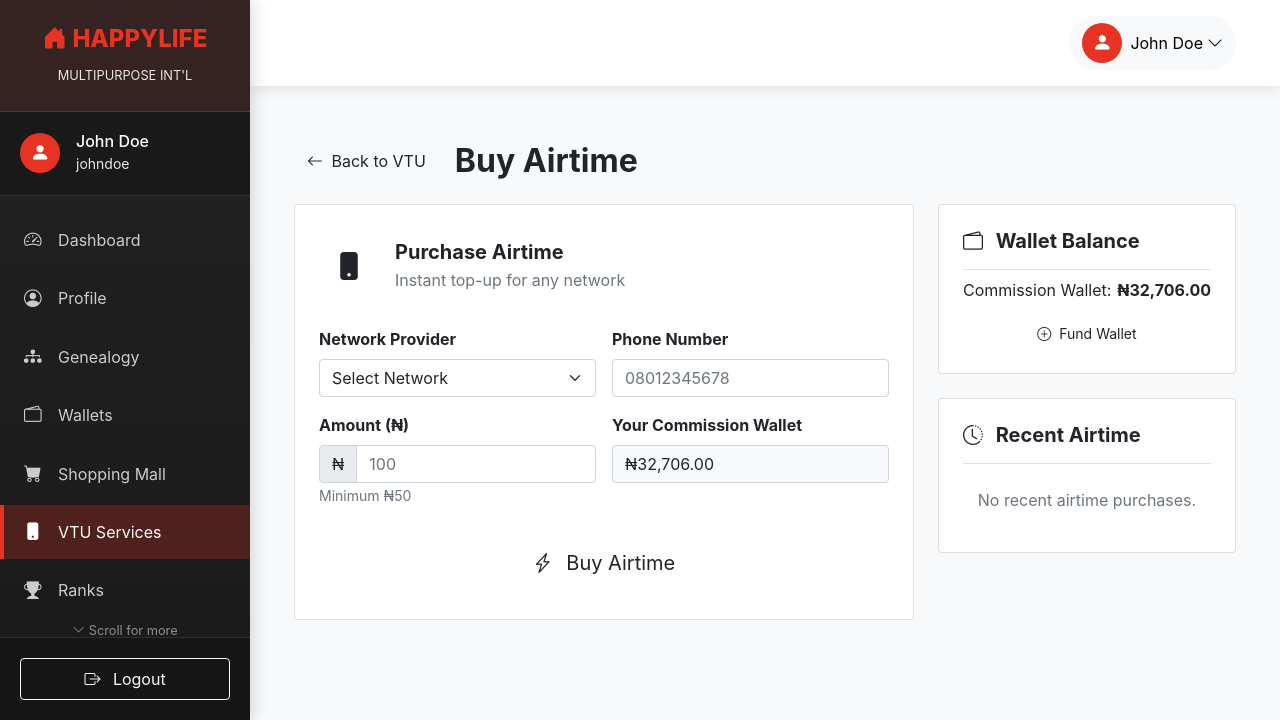
Repository: YackswebCode/happylife
Page: http://localhost/member/vtu/airtime
An editor plug-in stored every save of this project. The page is shown before and after the next save, followed by the edit.
The browser window is 1280 px wide. The pictures show the whole page.
The page is served by the project's Laravel application, run on PHP 8.4 with Laravel 12. The first stored user is signed in. The database holds what the project's SQL file puts in it. Queries for data that is not in the repository find no rows.

Above is the page before, as saved 2026-03-04 12:16:44.

After the next save:
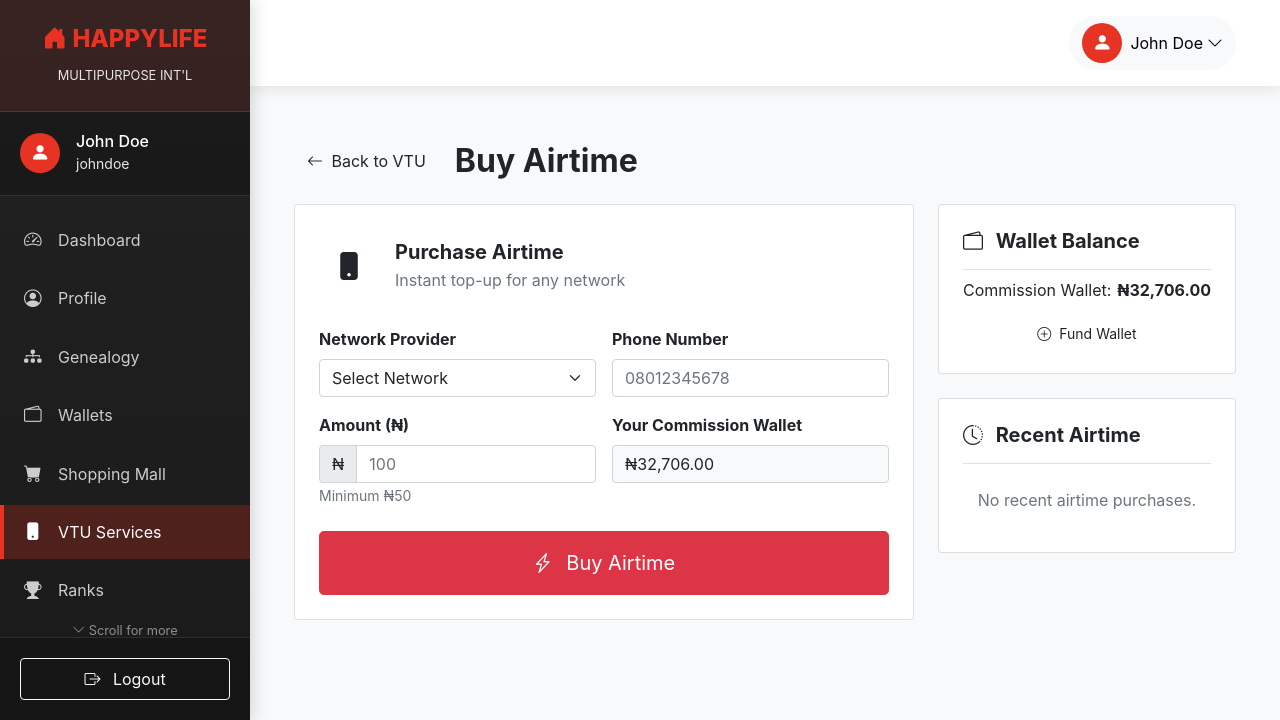
Saved 16 s later.
--- a/resources/views/member/vtu/airtime.blade.php
+++ b/resources/views/member/vtu/airtime.blade.php
@@ -94,7 +94,7 @@
 
                         <!-- Submit Button -->
                         <div class="col-12 mt-4">
-                            <button type="submit" class="btn btn-happylife-red btn-lg w-100 py-3">
+                            <button type="submit" class="btn btn-danger btn-lg w-100 py-3">
                                 <i class="bi bi-lightning-charge me-2"></i> Buy Airtime
                             </button>
                         </div>
